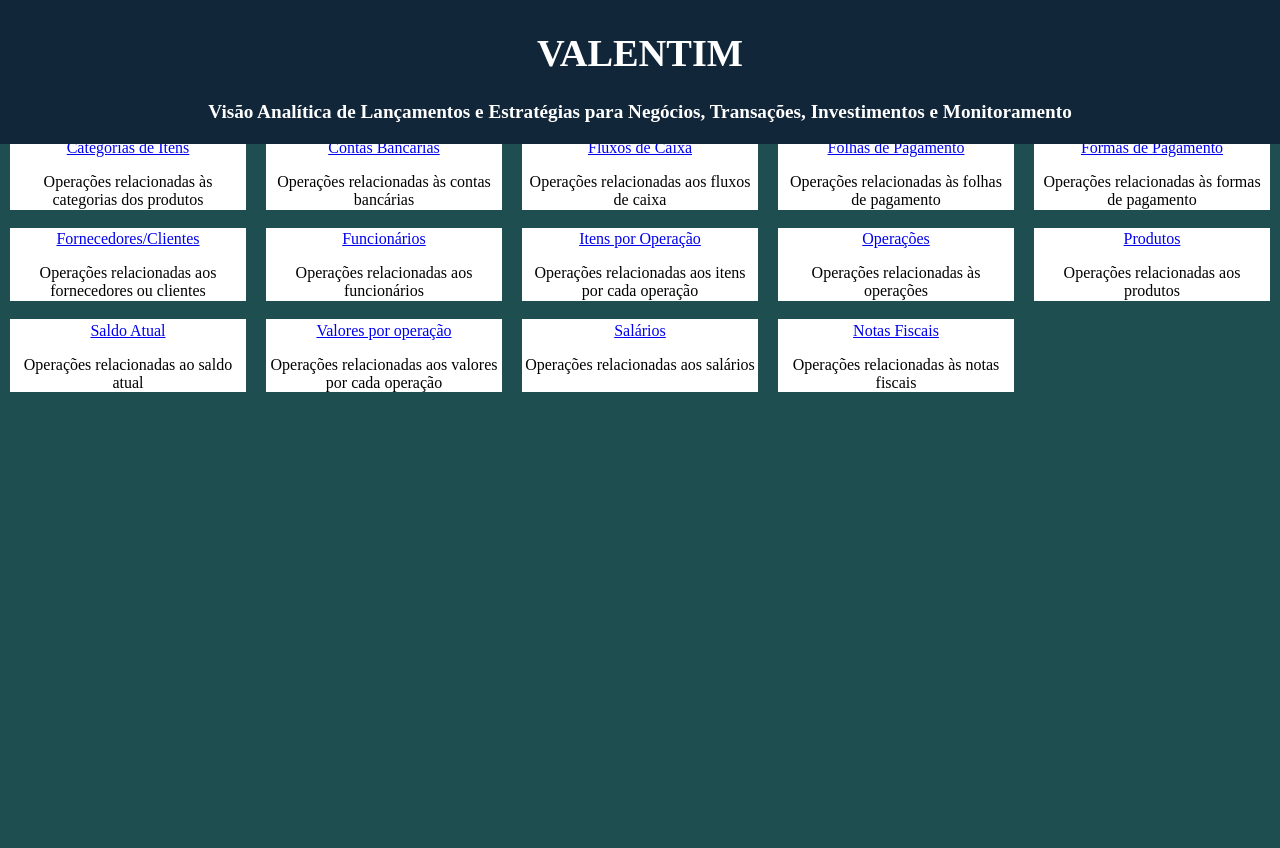
Repository: Matheus-Lacerda009/ERP-Financeiro
Page: Front/menu/menu.html
An editor plug-in stored every save of this project. The page is shown before and after a run of saves, followed by the edit.
The browser window is 1280 px wide. The pictures show the whole page.

Above is the page before, as saved 2026-07-13 18:55:22.

After the next 2 saves:
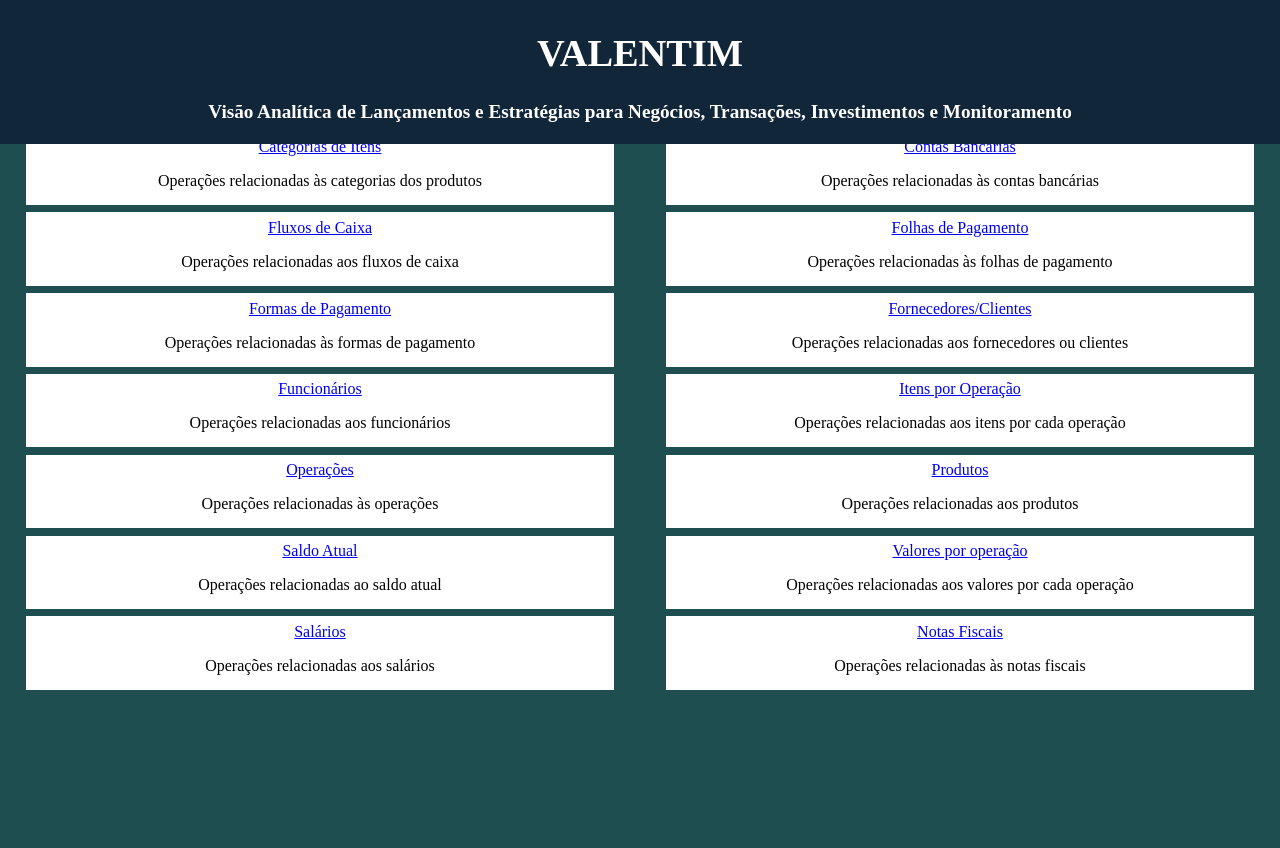
The 2 saves are shown as one change because they came seconds apart.
The last was saved 56 s later.
--- a/Front/menu/menu.css
+++ b/Front/menu/menu.css
@@ -33,7 +33,7 @@ body{
     width: 100%;
     box-sizing: border-box;
     display: grid;
-    grid-template-columns: repeat(5, 3fr);
+    grid-template-columns: repeat(2, 7fr);
     align-content: start;
 }
 
